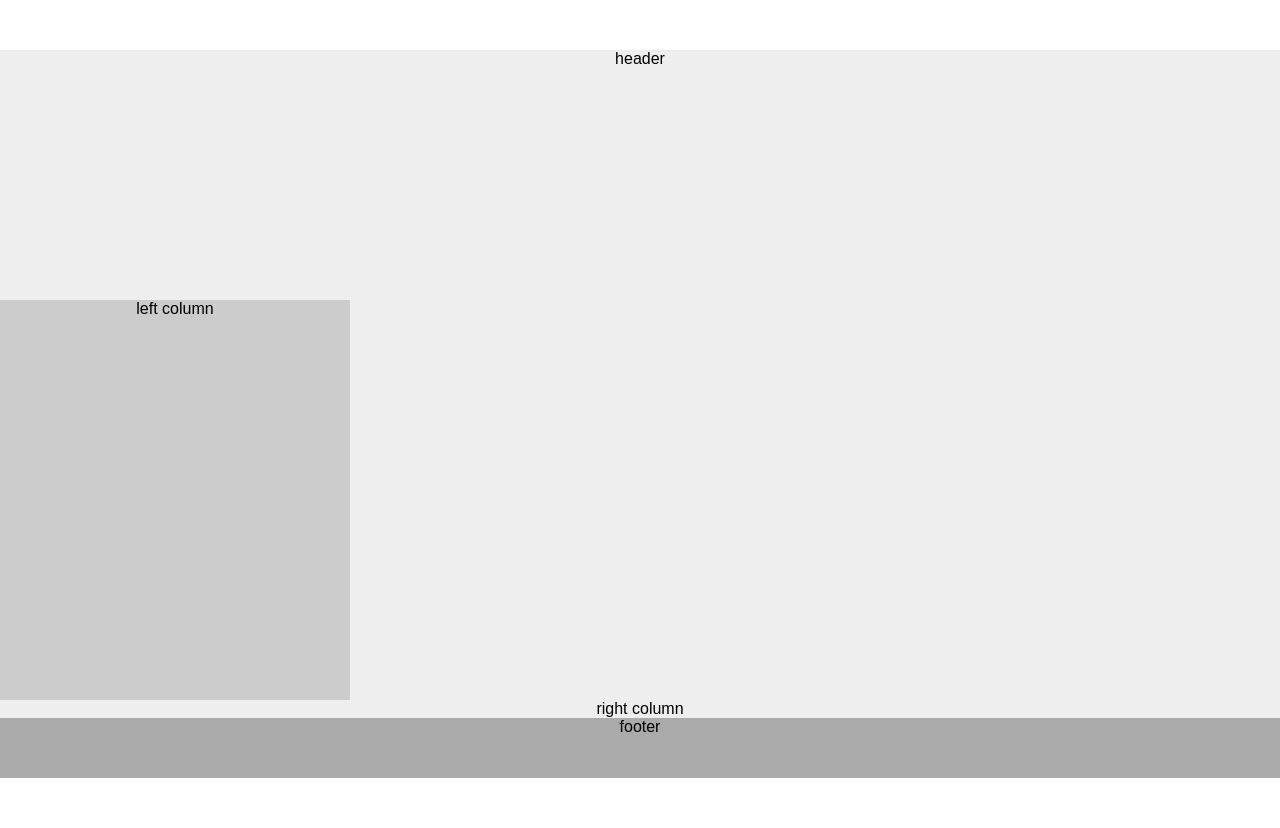
Repository: EnjoyWorkTrue/Spring2014
Page: CMP342/Assignment3/WebContent/WEB-INF/index.html
These files come from the project's save history. The page is drawn as it stood at one moment and after the next save; the edit follows.
The browser window is 1280 px wide. The pictures show the whole page.

Above is the page before, as saved 2014-03-09 01:50:09.

### CMP342/Assignment3/WebContent/WEB-INF/index.html
<!DOCTYPE html>
<html>
<head>
<meta charset="EUC-KR">
<title>MOOC HERE</title>
<link rel="stylesheet" type="text/css" href="index.css">
</head>
<body>
<div id="main">
	<div id = "header">
		header
	</div>

	<div id = "indexLeftColumn">
		left column
	</div>

	<div id = "indexRightColumn">
		right column
	</div>

	<div id ="footer">
		footer
	</div>

</div>
</body>
</html>

### CMP342/Assignment3/WebContent/WEB-INF/index.css
@CHARSET "EUC-KR";

body{
	font-family:Arial,Helvetica,sans-serif;
	text-align: center;
	margin: 50px auto;
}

#main { background: #eee }

#header {
	height:250px;
	bacground: #aaa;
}

#footer{
	height:60px;
	clear:left;
	background: #aaa;
}
#indexLeftColumn{
	height: 400px;
	width: 350px;
	clear: right;
	background: #ccc;
}

After the next save:
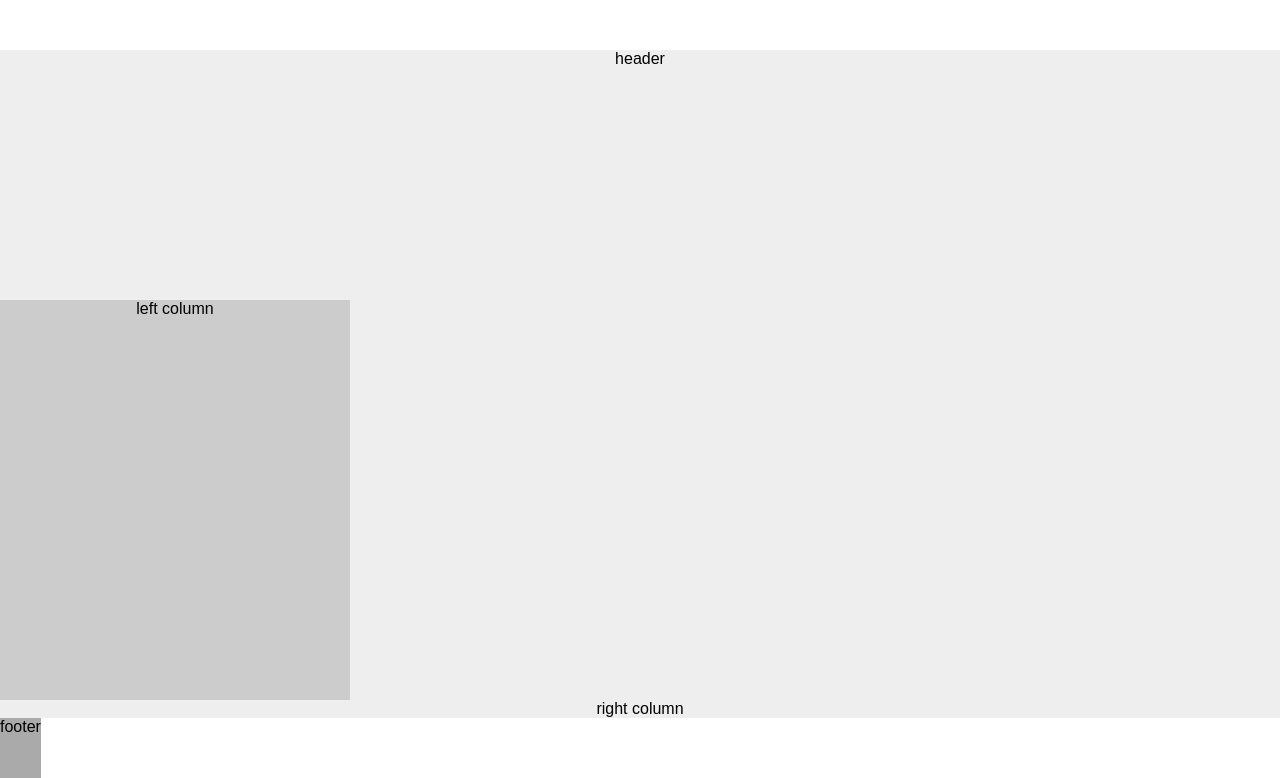
Saved 98 s later.
--- a/CMP342/Assignment3/WebContent/WEB-INF/index.css
+++ b/CMP342/Assignment3/WebContent/WEB-INF/index.css
@@ -10,12 +10,13 @@ body{
 
 #header {
 	height:250px;
+
 	bacground: #aaa;
 }
 
 #footer{
 	height:60px;
-	clear:left;
+	float:left;
 	background: #aaa;
 }
 #indexLeftColumn{
